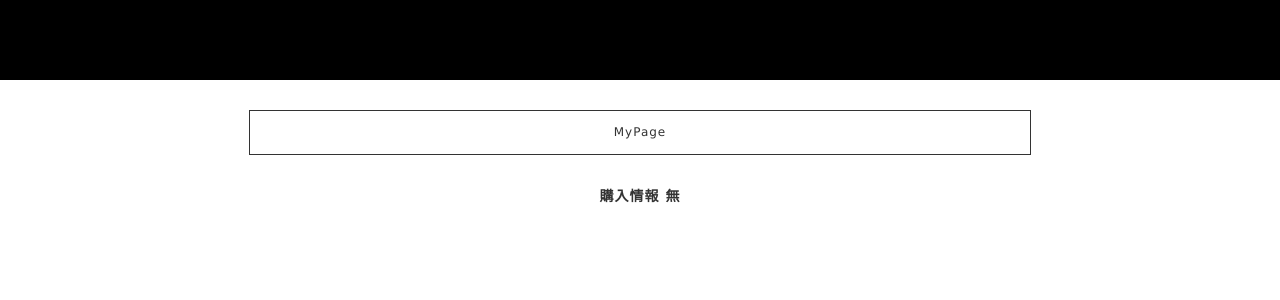
Repository: user-yo-yo/test
Page: http://localhost/ecsite2/myPage.jsp
An editor plug-in stored every save of this project. The page is shown before and after the next save, followed by the edit.
The browser window is 1280 px wide. The pictures show the whole page.
The page is served by Tomcat 9.

Above is the page before, as saved 2019-03-20 02:24:32.

After the next save:
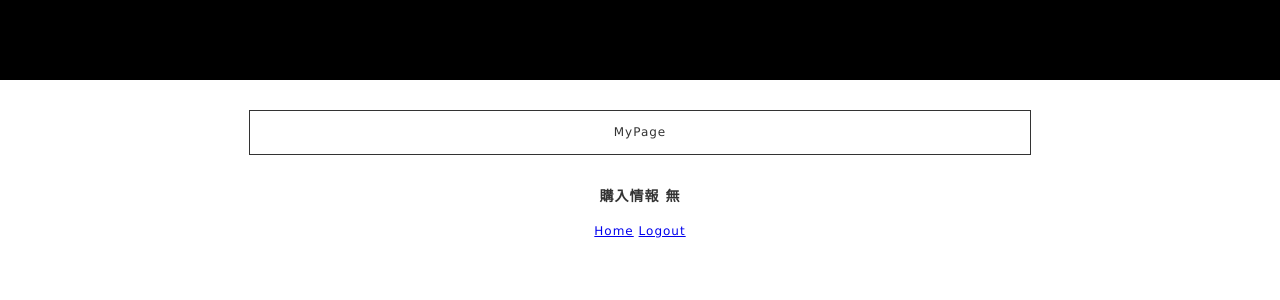
Saved 3 min 53 s later.
--- a/ecsite2/WebContent/myPage.jsp
+++ b/ecsite2/WebContent/myPage.jsp
@@ -96,7 +96,18 @@
 						</tr>
 					</s:iterator>
 				</table>
+				<s:form action = "MyPageAction">
+					<input type="hidden" name="deleteFlg" value="1">
+					<s:submit value="delete" method="delete" />
+				</s:form>
 			</s:elseif>
+			<s:if test="message != null">
+				<h3><s:property value="message"/></h3>
+			</s:if>
+			<div id="text-right">
+				<a href='<s:url action="GoHomeAction" />'>Home</a>
+				<a href='<s:url action="LogoutAction" />'>Logout</a>
+			</div>
 		</div>
 	</div>
 
